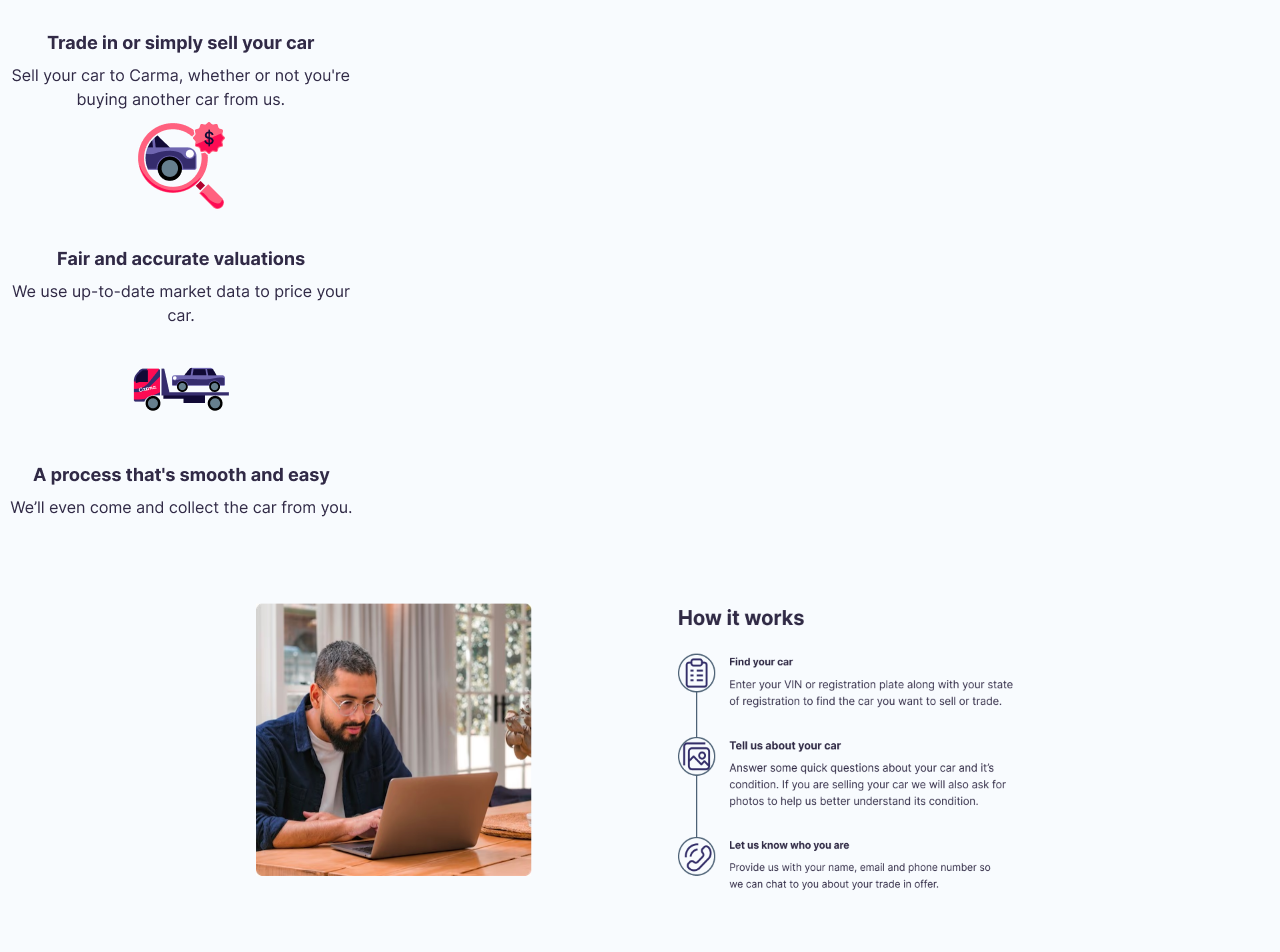
Repository: KHANas02/project
Page: index.html
The author's editor kept a copy of each file at every save. The page is drawn from the files as they stood at one save, then again after a run of saves.
The browser window is 1280 px wide. The pictures show the part of the page from y = 600 to 1552 px (the page is 1552 px tall).

Above is the page before, as saved 2024-03-30 23:21:20.

### index.html
<!DOCTYPE html>
<html lang="en">
  <head>
    <meta charset="UTF-8" />
    <meta name="viewport" content="width=device-width, initial-scale=1.0" />
    <title>by_me</title>
  </head>
  <link rel="stylesheet" href="./style.css" />
  <link rel="stylesheet" href="./media.css" />
  <body>
    <div class="div1">
      <div class="section1">
        <div class="section1text">
          <b
            >Sell or trade in your <br />
            car with us</b
          >
          <br /> <br>

          <img src="Section.png" alt="" class="section1photo" />
        </div>
      </div>
    </div>
<div class="seciton2">
<div class="seciton2img1">
<img src="div img1.png" alt="">
</div>
<div class="seciton2img2">
<img src="div (2).png" alt="" class="section2img2">

</div>
<div class="seciton2img3">
<img src="div (3).png" alt="">
</div>
<div class="section3">
    <div><img src="Section.3png.png" alt="" class="section3img"></div>
</div>




</div>







  </body>
</html>

### style.css
.section1 {
  width: 100%;
  height: 500px;
  background-image: url(https://s3-alpha-sig.figma.com/img/86fe/255f/e03f2da3b25937c8cb1c2a74028eb3ad?Expires=1712534400&Key-Pair-Id=APKAQ4GOSFWCVNEHN3O4&Signature=pn~z3YThs1wl5Y0Wfhk~03bT84deIkKZy~~ViNb8p7GILtPJxnwJ3nbUUL65ldgiivaH30h7trtS2bEDOwae8yvul9GAZ-YMWeTW7EMM~Ei84BmvK2UWqeqftqZm0PMWPqpVA1lGNVhbxGvyrhY1iEYltm7p5t9OfBln-ZTisd6695e97gCmaWRLMnVwUO5fQ3CYvWKElSl3uRAL2laEn7uDtpQqVEruZXj8KgVYJyjMAWXe~4EXdGHynypWnZdDh958Cdy4LaHzdezNt~HSDZKrSe6S-PqvEwvXFK1EjV-My8TTX0KLEncR6UDPFA5N1mDHXqqrj2ecqQoQMWxfog__);
  background-repeat: no-repeat;
  background-size: cover;
  margin: 0 auto;
}
.section1text {
  font-family: Inter;
  font-size: 30px;
  font-weight: 700;
  line-height: 40px;
  text-align: center;
  color: aliceblue;
  position: relative;
  top: 60px;
}

.section1photo {
  width: 300px;
  height: 300px;
  position: relative;
  top: -15px;
  margin: 0 auto;
}
.section2 {
  align-items: stretch;
}
.section3img {
  width: 100%;
  height: 400px;
}
body{
    background-color:  #F8FBFE;
;
margin: 0
auto;
}

### media.css
@media screen and (min-width: 425px) and (max-width: 767px) {
  .section3img {
    width: 100%;
    height: 300px;
    background-image: url(div.HowTradeInWorks_items__1msGx.png);
  }
}

After the next 3 saves:
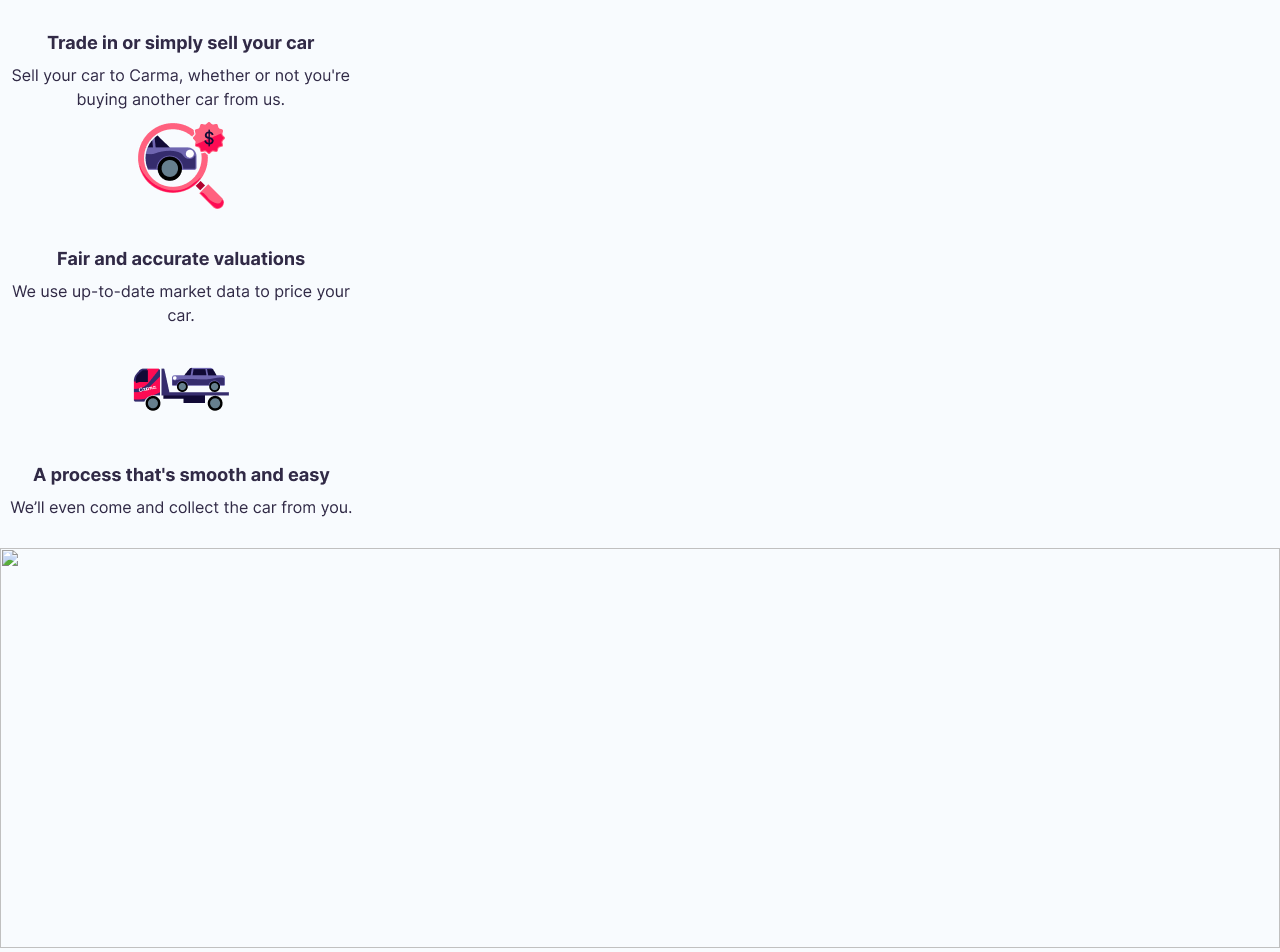
The 3 saves are shown as one change because they came seconds apart.
The last was saved 2 min 24 s later.
--- a/index.html
+++ b/index.html
@@ -33,7 +33,7 @@
 <img src="div (3).png" alt="">
 </div>
 <div class="section3">
-    <div><img src="Section.3png.png" alt="" class="section3img"></div>
+    <div><img src=""" alt="" class="section3img"></div>
 </div>
 
 
